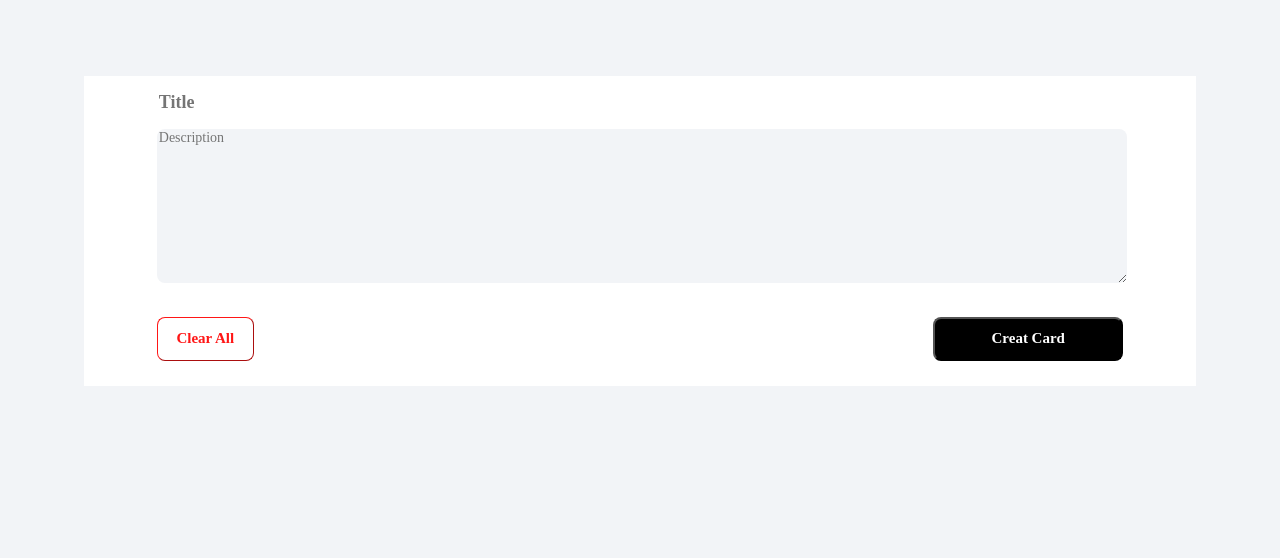
Repository: ReyhanehRahmani/TO-DO
Page: index.html
These files come from the project's save history. The page is drawn as it stood at one moment and after the next save; the edit follows.
The browser window is 1280 px wide. The pictures show the whole page.
Empty fields were first filled with sample values (such as "Sample", 5 or name@example.com).
After loading, the first visible `#creatbut` was clicked once.

Above is the page before, as saved 2025-06-08 10:29:16.

### index.html
<!DOCTYPE html>

<html lang="en">

    <head>

        <meta name="viewport" content="width=device-width, initial-scale=1.0" />

        <title>TO-DO</title>

        <link rel="icon" type="image/jpg" href="favicon.png">

        <link rel="stylesheet" href="style.css">

    </head>
    <body>
        <div id="main-card">
            <div id="content">
                <div >
                <div id="title">
                    <input type="text" id="titlebox" minlength="3" maxlength="30" placeholder="Title">
                </div>
                <div id="description">
                    <textarea type="text" id="descriptionbox" maxlength="200" placeholder="Description"></textarea>
                </div>
                </div>

                <div id="buttons">
                    <div id="clear"><button id="clearbut">Clear All</button></div>
                    <div id="creat"><button id="creatbut">Creat Card</button></div>
                </div>
            </div>
        </div>
        <div id="cards-container"></div>
        <script src="script.js"></script>
    </body>

### style.css
body{
    background-color: #F2F4F7;
}



#main-card{
    margin-left: 6%;
    margin-right: 6%;
    margin-top: 6%;
    background-color: #FFFFFF;
}

#content{
    margin-right: 6.557377049%;
    margin-left: 6.557377049%;
    margin-top: 6.557377049%;
    margin-bottom: 6.557377049%;
}

#titlebox{
    font-family: Poppins;
    font-weight: 700;
    font-size: 18px;
    line-height: 150%;
    letter-spacing: -2%;
    border: none;
    width: 100%;
    height: 51px;
}

#descriptionbox{
    border: none;
    width: 100%;
    font-family: 'Poppins';
    font-weight: 500;
    font-size: 14px;
    line-height: 100%;
    letter-spacing: -3%;
    height: 150px;
    border-radius: 8px;
    background: #F2F4F7;

}

#content{
    display: flex;
    flex-direction: column;
    justify-content: space-between;
    gap: 30px;
}

#buttons{
    display: flex;
    justify-content: space-between;
    gap: 12px;
    margin-bottom: 25px;
}

#clear{
    text-align: center;
    justify-content: center;
}

#clearbut{
    height: 44px;
    border-radius: 8px;
    border-width: 1.4px;
    border-color: #FF1616;
    background-color: #FFFFFF;
    font-family: 'Poppins';
    font-weight: 700;
    font-size: 15px;
    line-height: 100%;
    letter-spacing: -3%;
    color: #FF1616;
    white-space: nowrap;
    width: 97px;

}

#creat{
    text-align: center;
    justify-content: center;
}

#creatbut{
    height: 44px;
    border-radius: 8px;
    background: #000000;
    font-family: 'Poppins';
    font-weight: 600;
    font-size: 15px;
    line-height: 100%;
    letter-spacing: -3%;
    color: #FFFFFF;
    width: 190px;

}

.cardContent {
    width: 320px;
    height: 238px;
    border-radius: 8px;
    background: #FCFCFD;
    box-shadow: 0px 0.5px 2px 0px #1018284D;
    justify-self: center;


}

.cardTitle{
    font-family: Poppins;
    font-weight: 700;
    font-size: 18px;
    line-height: 150%;
    letter-spacing: -2%;

}

.cardDate{
    font-family: Poppins;
    font-weight: 600;
    font-size: 13px;
    line-height: 150%;
    letter-spacing: -2%;

}

.cardDesc{
    font-family: Poppins;
    font-weight: 500;
    font-size: 13px;
    line-height: 150%;
    letter-spacing: -2%;
    color: #98A2B3;

}

### script.js
document.getElementById("creatbut").onclick = function () {

    const title = document.getElementById("titlebox").value.trim();
    const desc = document.getElementById("descriptionbox").value.trim();


    const cardContent = document.createElement("div");
    cardContent.classList.add("card");

    const titleElem = document.createElement("div");
    titleElem.classList.add("cardTitle");
    titleElem.textContent = title;

    const descElem = document.createElement("div");
    descElem.classList.add("cardDesc");
    descElem.textContent = desc;

    const dateElem = document.createElement("div");
    dateElem.classList.add("cardDate");

    const now = new Date();
    const day = now.getDate();
    const monthNames = ["January", "February", "March", "April", "May", "June","July", "August", "September", "October", "November", "December"];

    const month = monthNames[now.getMonth()];

    const formattedDate = day + " " + month;

    dateElem.textContent = formattedDate;

    cardContent.appendChild(titleElem);
    cardContent.appendChild(descElem);
    cardContent.appendChild(dateElem);

    document.getElementById("titlebox").value = "";
    document.getElementById("descriptionbox").value = "";
};

After the next save:
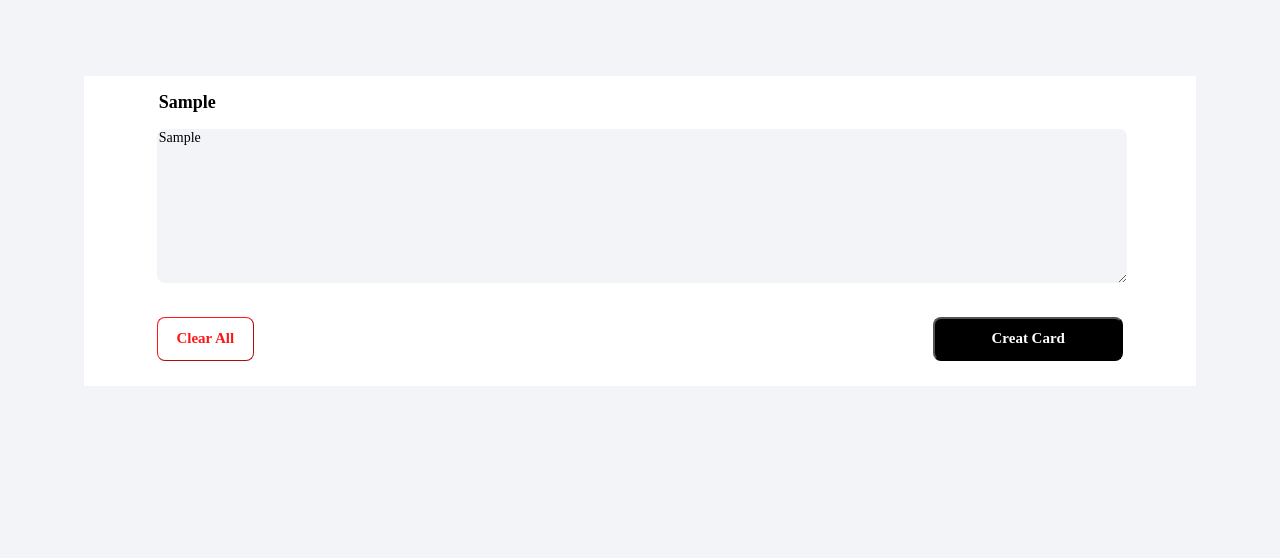
Console error: ReferenceError: card is not defined
Saved 16 s later.
--- a/script.js
+++ b/script.js
@@ -32,6 +32,8 @@
     cardContent.appendChild(descElem);
     cardContent.appendChild(dateElem);
 
+    document.getElementById("cards-container").appendChild(card);
+
     document.getElementById("titlebox").value = "";
     document.getElementById("descriptionbox").value = "";
 };

After the save that followed:
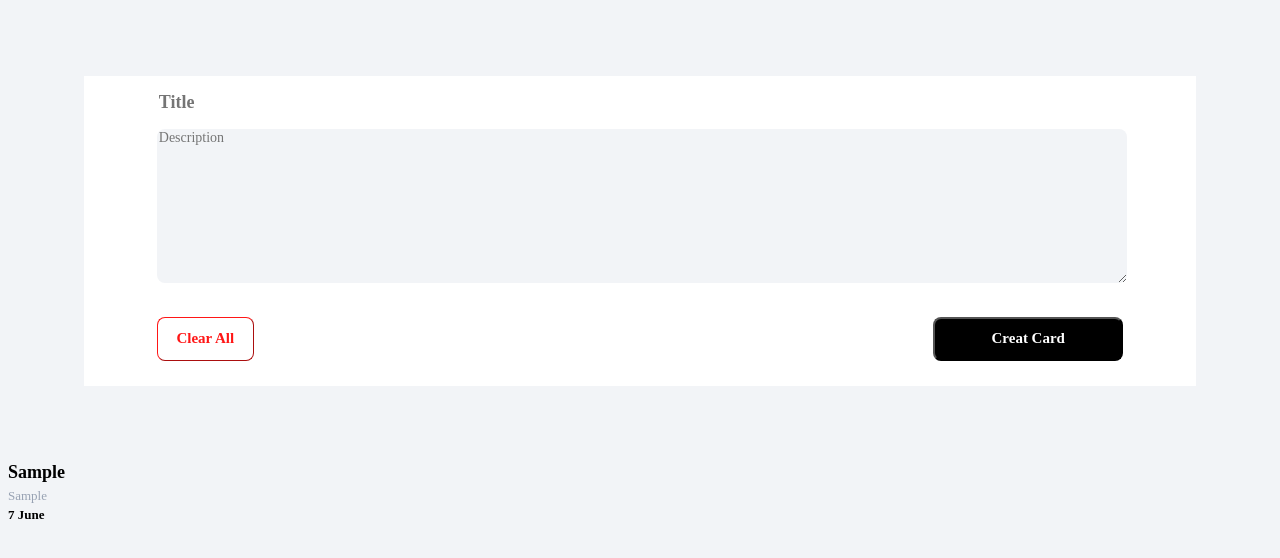
The error is gone.
Saved 16 s later.
--- a/script.js
+++ b/script.js
@@ -4,8 +4,8 @@
     const desc = document.getElementById("descriptionbox").value.trim();
 
 
-    const cardContent = document.createElement("div");
-    cardContent.classList.add("card");
+    const card = document.createElement("div");
+    card.classList.add("card");
 
     const titleElem = document.createElement("div");
     titleElem.classList.add("cardTitle");
@@ -28,9 +28,9 @@
 
     dateElem.textContent = formattedDate;
 
-    cardContent.appendChild(titleElem);
-    cardContent.appendChild(descElem);
-    cardContent.appendChild(dateElem);
+    card.appendChild(titleElem);
+    card.appendChild(descElem);
+    card.appendChild(dateElem);
 
     document.getElementById("cards-container").appendChild(card);
 
